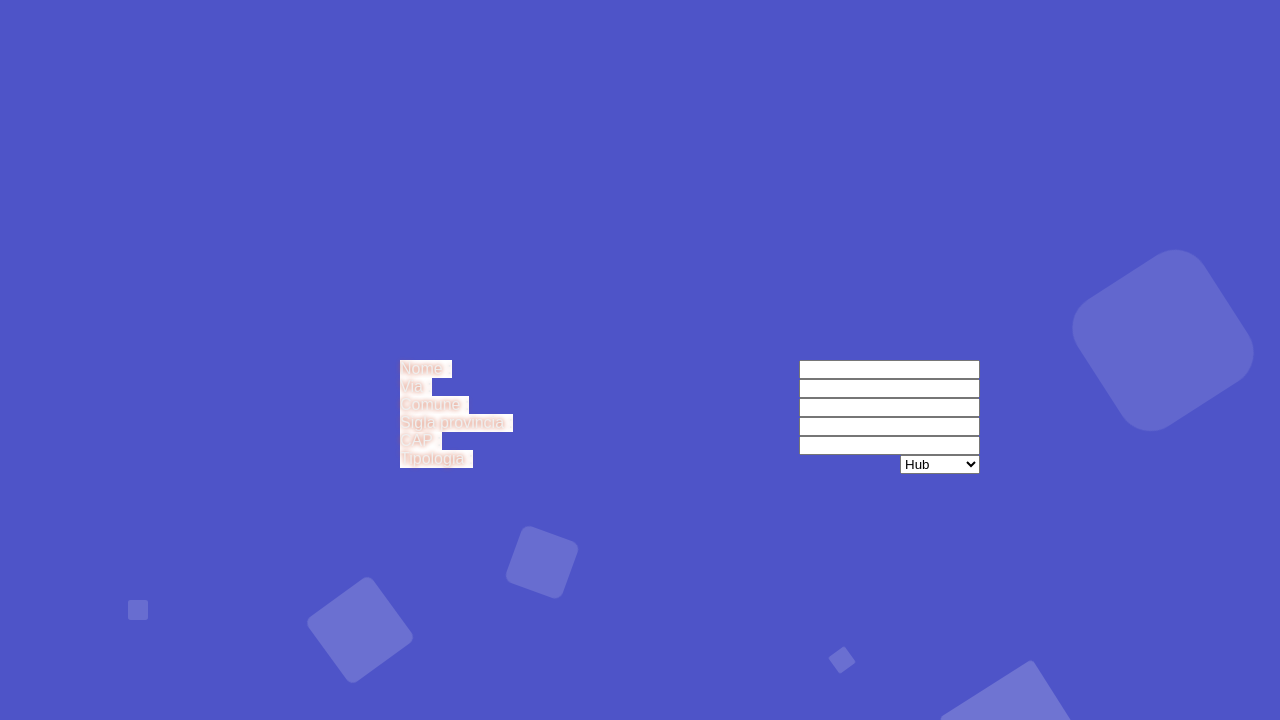
Repository: Jok98/CentriVaccinaliWebApp
Page: http://localhost/CentriVaccinaliOperatori/iscrizionecentrovax.jsp
These files come from the project's save history. The page is drawn as it stood at one moment and after the next save; the edit follows.
The browser window is 1280 px wide. The pictures show the whole page.
Some web fonts or font styles are not loaded; a fallback is used. The page is served by Tomcat 9.

Above is the page before, as saved 2022-09-24 15:58:37.

### CentriVaccinaliOperatori/src/main/webapp/iscrizionecentrovax.jsp
<%@ page language="java" contentType="text/html; charset=ISO-8859-1"
	pageEncoding="ISO-8859-1"%>
<!DOCTYPE html>
<html>
<head>
<meta charset="ISO-8859-1">
<link rel="stylesheet" href="css/form.css">
<link rel="stylesheet" href="css/background.css">
<title>Iscrizione Centri Vaccinali</title>
</head>
<body>
	<div class="area">
		<ul class="circles">
			<li></li>
			<li></li>
			<li></li>
			<li></li>
			<li></li>
			<li></li>
			<li></li>
			<li></li>
			<li></li>
			<li></li>
		</ul>
	</div>
	<div class="context" align="center" >
		<form action="" >
		<label class="label" class="button"  for="nomeCenvax" >Nome : </label>
		<input class="input" type="text" id="nomecenvax" name="nomecenvax">
		<br>
		<label class="label" for="viaCenvax">Via : </label>
		<input class="input" type="text" id="viaCenvax" name="viaCenvax">
		<br>
		<label class="label" for="comuneCenvax">Comune : </label>
		<input class="input" type="text" id="viaCenvax" name="viaCenvax">
		<br>
		<label class="label" for="sigprovCenvax">Sigla provincia : </label>
		<input class="input" type="text" id="sigprovCenvax" name="sigprovCenvax">
		<br>
		<label class="label" for="capCenvax">CAP : </label>
		<input class="input" type="text" id="capCenvax" name="capCenvax">
		<br>
		<label class="label" for="tipoCenvax">Tipologia : </label>
		<select class="input" name="tipoCenvax" id="tipoCenvax">
			<option value="Hub">Hub</option>
			<option value="Azienda">Azienda</option>
			<option value="Ospedale">Ospedale</option>
		</select>

		</form>
	</div>

</body>
</html>

### CentriVaccinaliOperatori/src/main/webapp/css/form.css
@charset "ISO-8859-1";

/* bottoni */
.button {
	color: rgb(255, 255, 255);
	font-size: 30px;
	line-height: 30px;
	padding: 10px;
	border-radius: 12px;
	font-family: Georgia, serif;
	font-weight: normal;
	text-decoration: none;
	font-style: normal;
	font-variant: normal;
	text-transform: none;
	background-image: radial-gradient(at center center, rgb(12, 111, 164) 0%,
		rgb(10, 136, 164) 100%, rgb(12, 111, 164) 100%);
	box-shadow: rgba(0, 0, 0, 0) 81px -57px 0px 0px;
	border: 2px solid rgb(28, 110, 164);
	display: inline-block;
}

.button:hover {
	background: #80c3ff;
}

.button:active {
	background: #1ca4ff;
}

.label {
	float: left;
	margin-left: 400px;
	text-shadow: 0px 0px 5px #CE5937;
	color: #EFEFEF;
	background: #FFFFFF;
}

.input {
	float: right;
	margin-right: 300px;
}

### CentriVaccinaliOperatori/src/main/webapp/css/background.css
@charset "ISO-8859-1";
@import url('https://fonts.googleapis.com/css?family=Exo:400,700');

*{
    margin: 0px;
    padding: 0px;
}

html{
    font-family: 'Exo', sans-serif;
}


.context {
    width: 100%;
    position: absolute;
    top:50vh;

}

.context h1{
    text-align: center;
    color: #fff;
    font-size: 50px;
}


.area{
    background: #4e54c8;
    background: -webkit-linear-gradient(to left, #8f94fb, #4e54c8);
    width: 100%;
    height:100vh;


}

.circles{
    position: absolute;
    top: 0;
    left: 0;
    width: 100%;
    height: 100%;
    overflow: hidden;
}

.circles li{
    position: absolute;
    display: block;
    list-style: none;
    width: 20px;
    height: 20px;
    background: rgba(255, 255, 255, 0.2);
    animation: animate 25s linear infinite;
    bottom: -150px;

}

.circles li:nth-child(1){
    left: 25%;
    width: 80px;
    height: 80px;
    animation-delay: 0s;
}


.circles li:nth-child(2){
    left: 10%;
    width: 20px;
    height: 20px;
    animation-delay: 2s;
    animation-duration: 12s;
}

.circles li:nth-child(3){
    left: 70%;
    width: 20px;
    height: 20px;
    animation-delay: 4s;
}

.circles li:nth-child(4){
    left: 40%;
    width: 60px;
    height: 60px;
    animation-delay: 0s;
    animation-duration: 18s;
}

.circles li:nth-child(5){
    left: 65%;
    width: 20px;
    height: 20px;
    animation-delay: 0s;
}

.circles li:nth-child(6){
    left: 75%;
    width: 110px;
    height: 110px;
    animation-delay: 3s;
}

.circles li:nth-child(7){
    left: 35%;
    width: 150px;
    height: 150px;
    animation-delay: 7s;
}

.circles li:nth-child(8){
    left: 50%;
    width: 25px;
    height: 25px;
    animation-delay: 15s;
    animation-duration: 45s;
}

.circles li:nth-child(9){
    left: 20%;
    width: 15px;
    height: 15px;
    animation-delay: 2s;
    animation-duration: 35s;
}

.circles li:nth-child(10){
    left: 85%;
    width: 150px;
    height: 150px;
    animation-delay: 0s;
    animation-duration: 11s;
}



@keyframes animate {

    0%{
        transform: translateY(0) rotate(0deg);
        opacity: 1;
        border-radius: 0;
    }

    100%{
        transform: translateY(-1000px) rotate(720deg);
        opacity: 0;
        border-radius: 50%;
    }

}

After the next save:
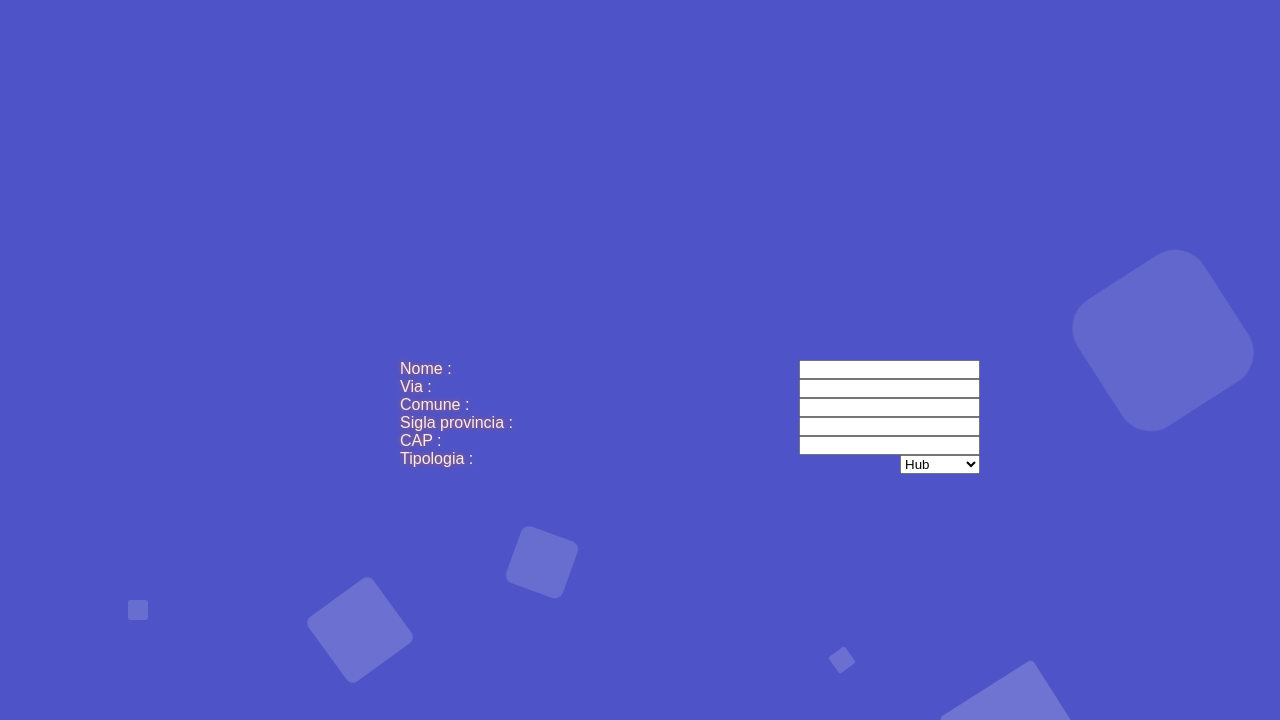
Saved 29 s later.
--- a/CentriVaccinaliOperatori/src/main/webapp/css/form.css
+++ b/CentriVaccinaliOperatori/src/main/webapp/css/form.css
@@ -33,7 +33,6 @@
 	margin-left: 400px;
 	text-shadow: 0px 0px 5px #CE5937;
 	color: #EFEFEF;
-	background: #FFFFFF;
 }
 
 .input {
